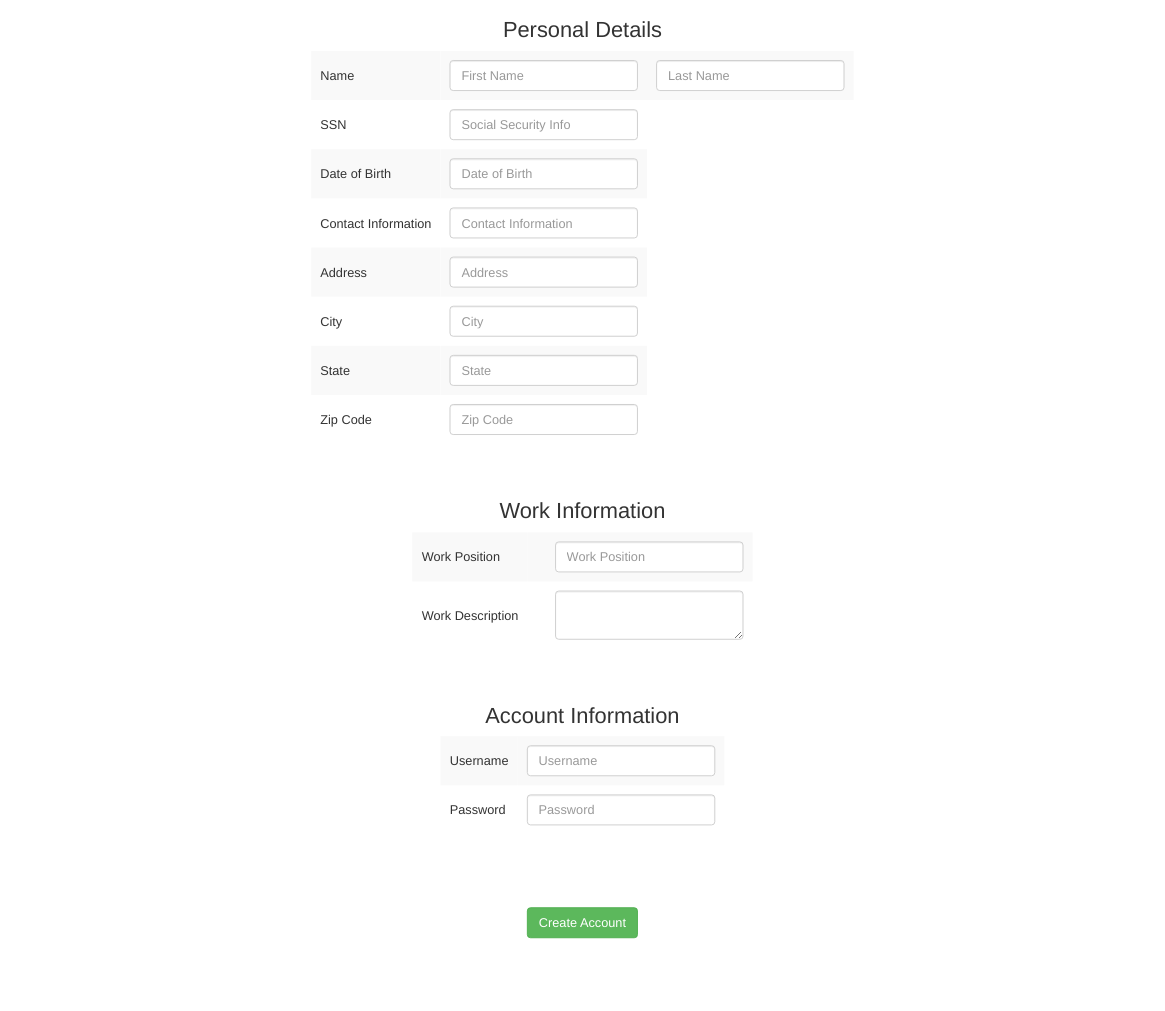
Repository: harshadrane89/CMPE273-WebService-AirlineManagement
Page: http://localhost/AirlineManagementSystemClient/TwitterGUI/CreateEmployee.jsp
The author's editor kept a copy of each file at every save. The page is drawn from the files as they stood at one save, then again after the next save.
The browser window is 1280 px wide. The pictures show the whole page, at 91% of full size.
The page is served by Tomcat 9.

Above is the page before, as saved 2013-12-08 06:46:43.

After the next save:
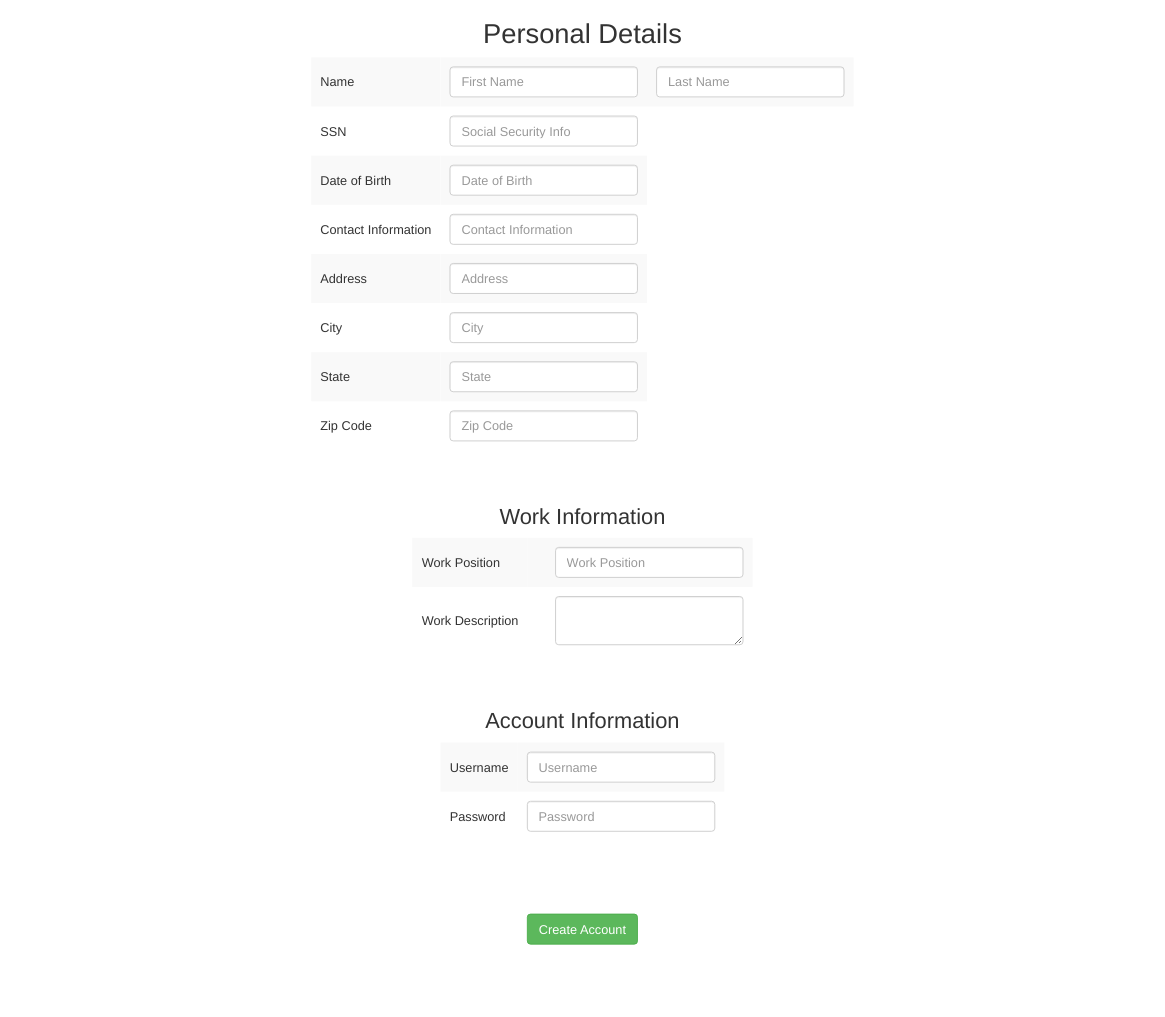
Saved 71 s later.
--- a/273_Project_Tomcat/AirlineManagementSystemClient/WebContent/TwitterGUI/CreateEmployee.jsp
+++ b/273_Project_Tomcat/AirlineManagementSystemClient/WebContent/TwitterGUI/CreateEmployee.jsp
@@ -18,7 +18,8 @@
 	}
 		%>
 		<center>
-			<h3>Personal Details</h3>
+
+			<h2>Personal Details</h2>
 
 			<table cellpadding="10px" cellspacing="10px" class="table-striped">
 				<tr>
